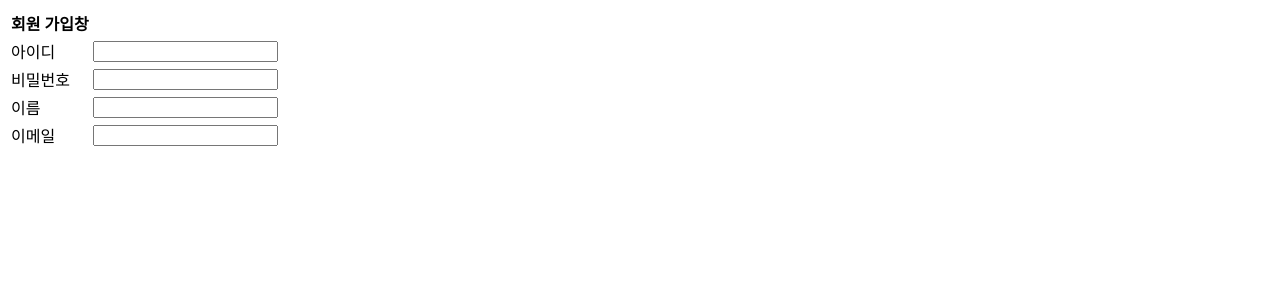
Repository: MyeongHyeonYoo/jsp_data
Page: pro07/src/main/webapp/memberForm.html
An editor plug-in stored every save of this project. The page is shown before and after the next save, followed by the edit.
The browser window is 1280 px wide. The pictures show the whole page.

Above is the page before, as saved 2022-12-07 07:41:14.

### pro07/src/main/webapp/memberForm.html
<!DOCTYPE html>
	<html>
	<head>
	<meta charset="UTF-8">
	<title>회원 가입창</title>
	<script>
		function fn_sendMember() {
			let frmMember = document.frmMember;
			let id = frmMember.id.value;
			let pwd = frmMember.pwd.value;
			let name = frmMember.name.value;
			let email = frmMember.email.value;
				if (id.length == 0 || id == "") {
					alert("아이디는 필수입니다.");
				}
				else if (pwd.length == 0 || pwd == "") {
					alert("비밀번호는 필수입니다.");
				}
				else if (name.length == 0 || name == "") {
					alert("이름은 필수입니다.");
				}
				else if (email.length == 0 || email == "") {
					alert("이메일은 필수입니다.");
				}
				else {
					frmMember.method = "post";
					frmMember.action = "member3";
					frmMeber.submit();
				}

		}
	</script>
	</head>

	<body>
		<form name="frmMember">
			<table>
				<th>회원 가입창</th>
				<tr>
					<td>아이디</td>
					<td><input type="text" name="id"></td>
				</tr>
				<tr>
					<td>비밀번호</td>
					<td><input type="password" name="pwd"></td>
				</tr>
				<tr>
					<td>이름</td>
					<td><input type="text" name="name"></td>
				</tr>
				<tr>
					<td>이메일</td>
					<td><input type="text" name="email"></td>
				</tr>

			</table>
		</form>
	</body>
</html>

After the next save:
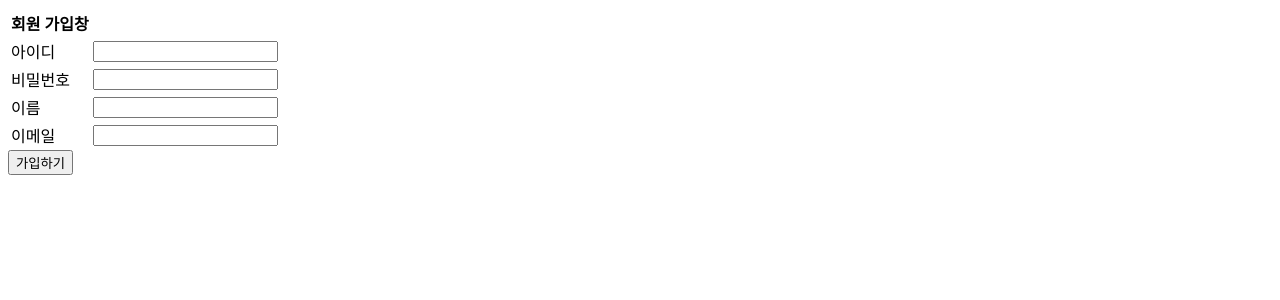
Saved 113 s later.
--- a/pro07/src/main/webapp/memberForm.html
+++ b/pro07/src/main/webapp/memberForm.html
@@ -52,8 +52,8 @@
 					<td>이메일</td>
 					<td><input type="text" name="email"></td>
 				</tr>
-
 			</table>
+			<input type="button" value="가입하기" onclick="fn_sendMember()">
 		</form>
 	</body>
 </html>
